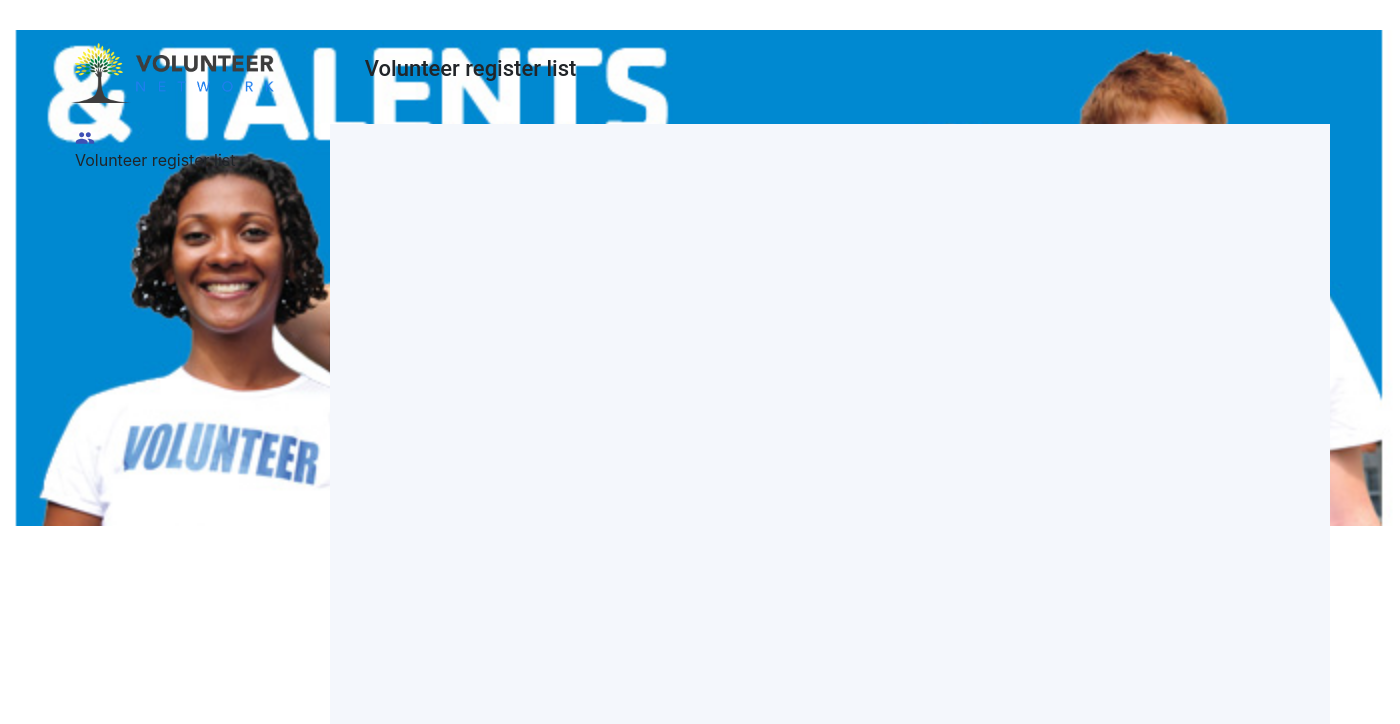
Repository: MdTahsinAmin/volunteer-network-client
Page: /adminPanel
These files come from the project's save history. The page is drawn as it stood at one moment and after the next save; the edit follows.
The browser window is 1280 px wide. The page is 1400 px wide, so the pictures cover 1400 px, including what lies to the right of the window. The pictures show the whole page.
The project was rebuilt for these pictures with package versions that can differ from the ones it lists, and the page was loaded fresh each time.

Above is the page before, as saved 2020-10-04 23:44:42.

After the next save:
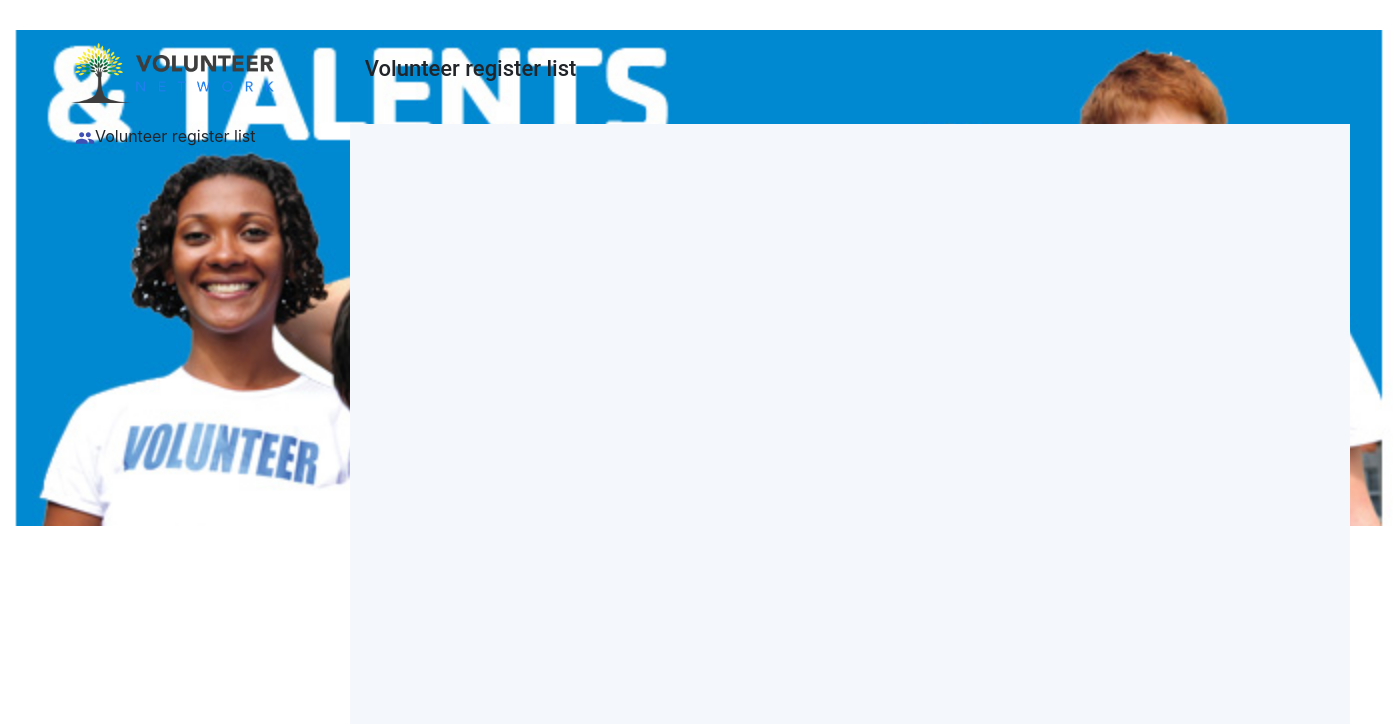
Saved 50 s later.
--- a/src/components/AdminPanel/AdminPanel.js
+++ b/src/components/AdminPanel/AdminPanel.js
@@ -7,7 +7,7 @@
         <div className="adminPanel-section">
             <div className="section-panel">
               <div className ='group-panel'>
-              <GroupIcon fontSize="small" color="primary"></GroupIcon><p>Volunteer register list</p>
+              <GroupIcon fontSize="small" color="primary"></GroupIcon>Volunteer register list
               </div>
             </div>
             <div className='Volunteer-list'>
